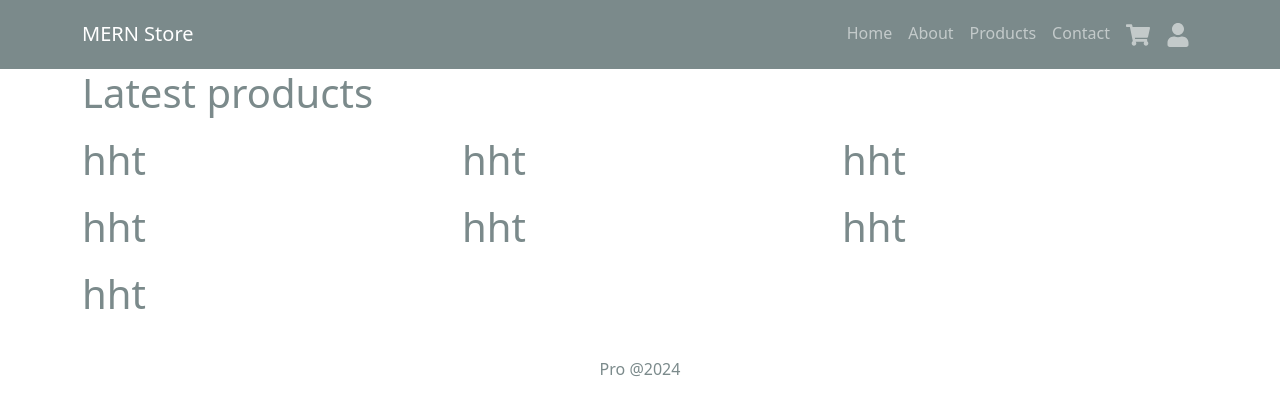
Repository: Attar786/MernStore
Page: / (app in client/)
The author's editor kept a copy of each file at every save. The page is drawn from the files as they stood at one save, then again after the next save.
The browser window is 1280 px wide. The pictures show the whole page.
The project was rebuilt for these pictures with package versions that can differ from the ones it lists, and the page was loaded fresh each time. Also part of the build but not shown: client/vite.config.js, client/src/App.css, client/src/assets/styles/index.css.

Above is the page before, as saved 2024-07-10 00:12:42.

### client/index.html
<!doctype html>
<html lang="en">
  <head>
    <meta charset="UTF-8" />
    <link rel="icon" type="image/svg+xml" href="/vite.svg" />
    <meta name="viewport" content="width=device-width, initial-scale=1.0" />
    <title>MERN Store</title>
  </head>
  <body>
    <div id="root"></div>
    <script type="module" src="/src/main.jsx"></script>
  </body>
</html>

### client/src/main.jsx
import React from 'react'
import ReactDOM from 'react-dom/client'
import App from './App.jsx'
// import './assets/styles/bootstrap.custom.css'
import './assets/styles/bootstrap.custom.css'
import "./assets/styles/index.css"
ReactDOM.createRoot(document.getElementById('root')).render(
  <React.StrictMode>
    <App />
  </React.StrictMode>,
)

### client/src/App.jsx
import { Container } from 'react-bootstrap'
import 'bootstrap/dist/css/bootstrap.min.css'
import './App.css'
import Header from '../components/Header'
import Footer from '../components/Footer'
import HomeScreen from '../screen/HomeScreen'
import { Product } from '../components/Product'

function App() {


  return (
    <>
      <Header/>
      <Container>
<HomeScreen />

<Product/>
      </Container>
      <Footer/>

    </>
  )
}

export default App

### client/components/Header.jsx
import { Navbar, Nav, Container } from 'react-bootstrap'
import {FaShoppingCart , FaUser} from 'react-icons/fa'
const Header = () => {
  return (
   <header>
    <Navbar  bg='dark' variant='dark'  expand='lg'>
<Container>
    <Navbar.Brand href='#home'>MERN Store</Navbar.Brand>
    <Navbar.Toggle aria-controls='basic-navbar-nav'/>
    <Navbar.Collapse id='basic-navbar-nav'>
    <Nav className='ms-auto'>
      <Nav.Link href='#home'>Home</Nav.Link>
      <Nav.Link href='#about'>About</Nav.Link>
      <Nav.Link href='#products'>Products</Nav.Link>
      <Nav.Link href='#contact'>Contact</Nav.Link>
      <Nav.Link href='#cart'><FaShoppingCart size={24} /></Nav.Link>
      <Nav.Link href='#profile'><FaUser size={24} /></Nav.Link>
    </Nav>
    </Navbar.Collapse>
  </Container>
    </Navbar>
   </header>
  )
}

export default Header

### client/components/Footer.jsx
import { Container , Row , Col} from "react-bootstrap"
const Footer = () => {

const CurrentYear = new Date().getFullYear();

  return (
    <footer>
<Container>
  <Row>
    <Col className="text-center py-3">
      <p>Pro @{CurrentYear}</p>


    </Col>
  </Row>

</Container>


    </footer>
  )
}

export default Footer

### client/screen/HomeScreen.jsx
import { Row, Col } from "react-bootstrap";
import { Product } from "../components/Product";
import { products } from "../src/products";
const HomeScreen = () => {
  return (
    <>
      <h1>Latest products</h1>
      <Row>
        {products.map((product) => (
          <Col key={product._id} sm={12} md={6} lg={4} >
<Product product={product}/>
          </Col>
        ))}
      </Row>
    </>
  );
};

export default HomeScreen;

### client/components/Product.jsx
/* eslint-disable react/prop-types */
import { Card } from "react-bootstrap";
export const Product = ({product}) => {
  return (
<>

    <h1>hht</h1>

    </>

  );
};

// export default Product;

### client/src/products.js
export const products =
[
  {
    _id: "1",
    name: 'iPhone 13 Pro 256GB Memory',
    image: '/images/phone.jpg',
    description:
      'Introducing the iPhone 15 Pro. A transformative triple-camera system that adds tons of capability without complexity. An unprecedented leap in battery life',
    brand: 'Apple',
    category: 'Electronics',
    price: 599.99,
    countInStock: 7,
    rating: 4.0,
    numReviews: 8,
  },


  {
      _id: "2",
      name: 'Airpods Wireless Bluetooth Headphones',
      image: '/images/airpods.jpg',
      description: 'Bluetooth technology lets you connect it with compatible devices wirelessly High-quality AAC audio offers immersive listening experience Built-in microphone allows you to take calls while working',
      brand: 'Apple',
      category: 'Electronics',
      price: 89.99,
      countInStock: 10,
      rating: 4.5,
      numReviews: 12,
    },

    {
      _id: "3",
      name: 'Cannon EOS 80D DSLR Camera',
      image: '/images/camera.jpg',
      description:
        'Characterized by versatile imaging specs, the Canon EOS 80D further clarifies itself using a pair of robust focusing systems and an intuitive design',
      brand: 'Cannon',
      category: 'Electronics',
      price: 929.99,
      countInStock: 5,
      rating: 3,
      numReviews: 12,
    },
    {

      _id: "4",
      name: 'Brand New Sony Playstation 5',
      image: '/images/playstation.jpg',
      description:
        'The ultimate home entertainment center starts with PlayStation. Whether you are into gaming, HD movies, television, music',
      brand: 'Sony',
      category: 'Electronics',
      price: 399.99,
      countInStock: 11,
      rating: 5,
      numReviews: 12,
    },
    {
      _id: "5",
      name: 'Logitech G-Series Gaming Mouse',
      image: '/images/mouse.jpg',
      description:
        'Get a better handle on your games with this Logitech LIGHTSYNC gaming mouse. The six programmable buttons allow customization for a smooth playing experience',
      brand: 'Logitech',
      category: 'Electronics',
      price: 49.99,
      countInStock: 7,
      rating: 3.5,
      numReviews: 10,
    },
    {
      _id: "6",
      name: 'Amazon Echo Dot 3rd Generation',
      image: '/images/alexa.jpg',
      description:
        'Meet Echo Dot - Our most popular smart speaker with a fabric design. It is our most compact smart speaker that fits perfectly into small space',
      brand: 'Amazon',
      category: 'Electronics',
      price: 29.99,
      countInStock: 0,
      rating: 4,
      numReviews: 12,
    },
  ];

Loaded but not shown: client/src/assets/styles/bootstrap.custom.css (library)

After the next save:
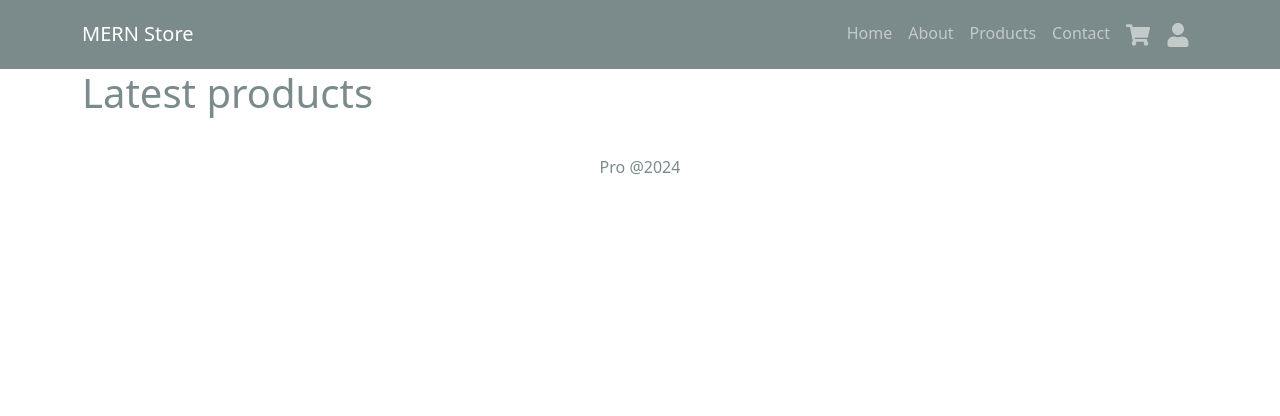
Saved 9 s later.
--- a/client/components/Product.jsx
+++ b/client/components/Product.jsx
@@ -4,7 +4,7 @@
   return (
 <>
 
-    <h1>hht</h1>
+    {/* <h1>hht</h1> */}
 
     </>
 
